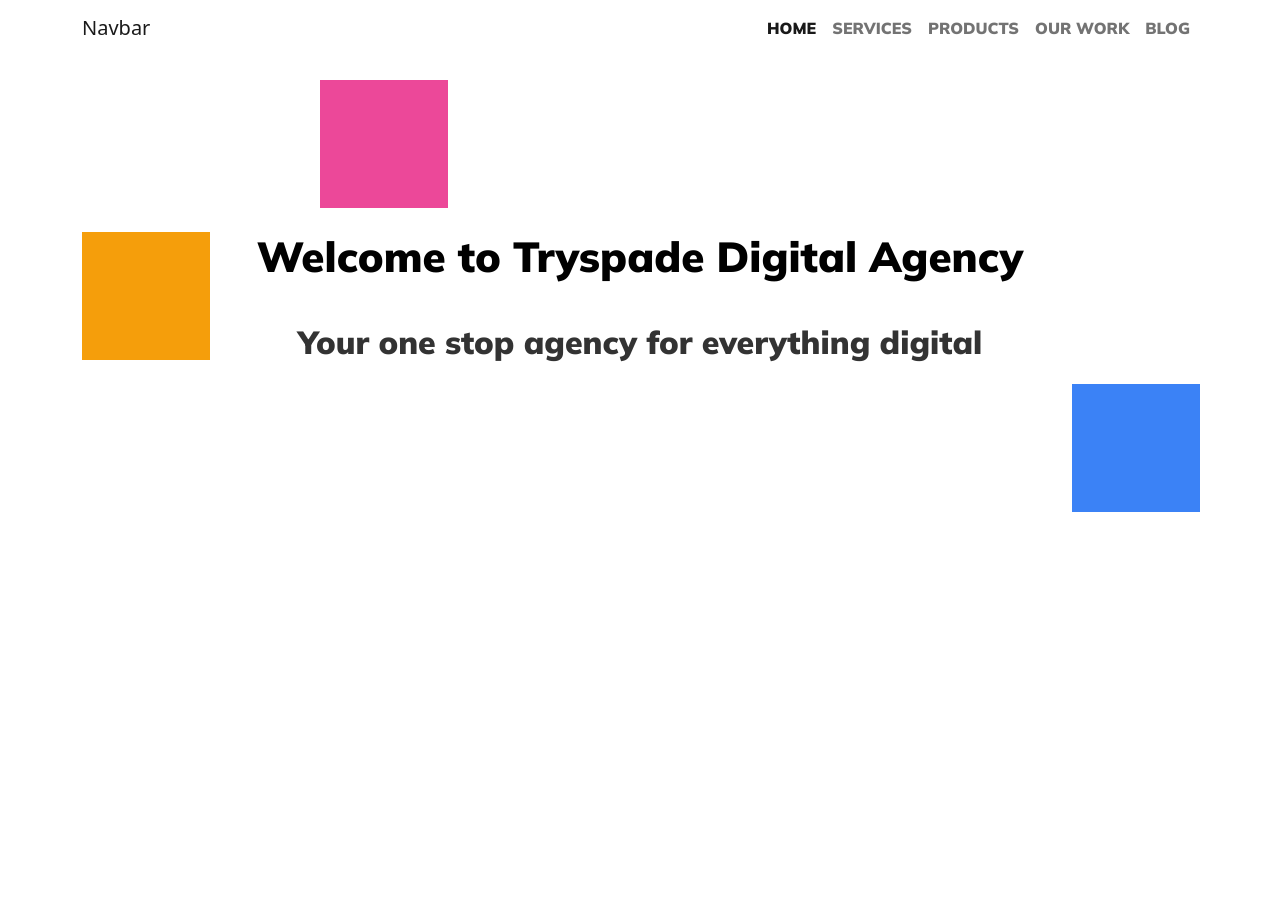
Repository: latenightsnacc/super-octo-fortnight
Page: index.html
These files come from the project's save history. The page is drawn as it stood at one moment and after the next save; the edit follows.
The browser window is 1280 px wide. The pictures show the whole page.
Some web libraries are served in a nearby version. The style sheet was rebuilt from its Sass, Less or Tailwind sources for each picture, by a compiler version that may differ from the author's.

Above is the page before, as saved 2021-01-29 12:27:29.

After the next save:
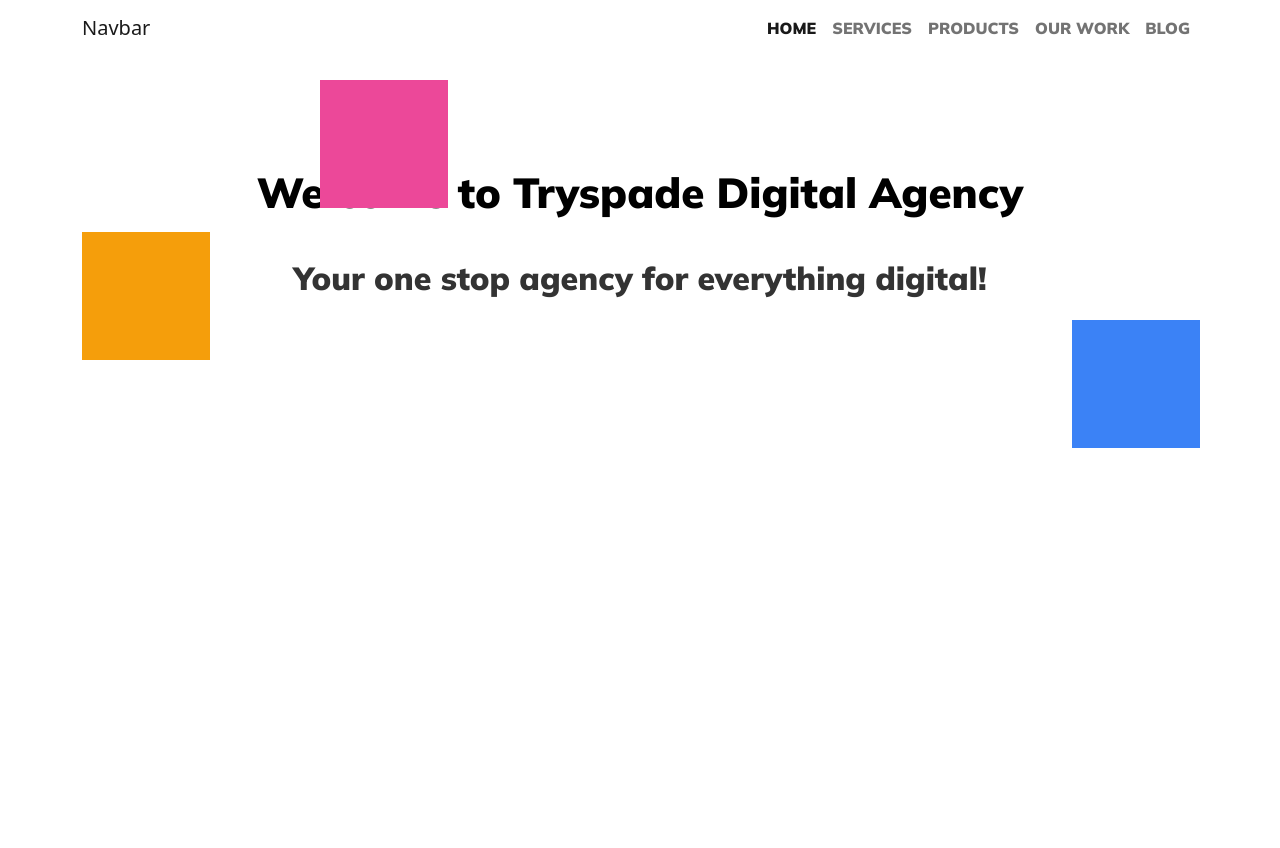
Saved 21 s later.
--- a/index.html
+++ b/index.html
@@ -51,11 +51,11 @@
                 </div>
             </nav>
         </header>
-        <section id="banner" class="bg-white w-full mt-48">
+        <section id="banner" class="bg-white w-full mt-32">
             <div class="container">
                 <div class="relative flex flex-col items-center h-auto"></div>
                     <h1 class="z-50 text-black text-center">Welcome to Tryspade Digital Agency</h1>
-                    <h2 class="z-40 text-center">Your one stop agency for everything digital</h2>
+                    <h2 class="z-40 text-center">Your one stop agency for everything digital!</h2>
                     <!--BOXES-->
                     <div class=" absolute bottom-50 left-50 ...">
                         <div class="z-0 border-2 border-yellow-500 bg-yellow-500 w-32 h-32"></div>
